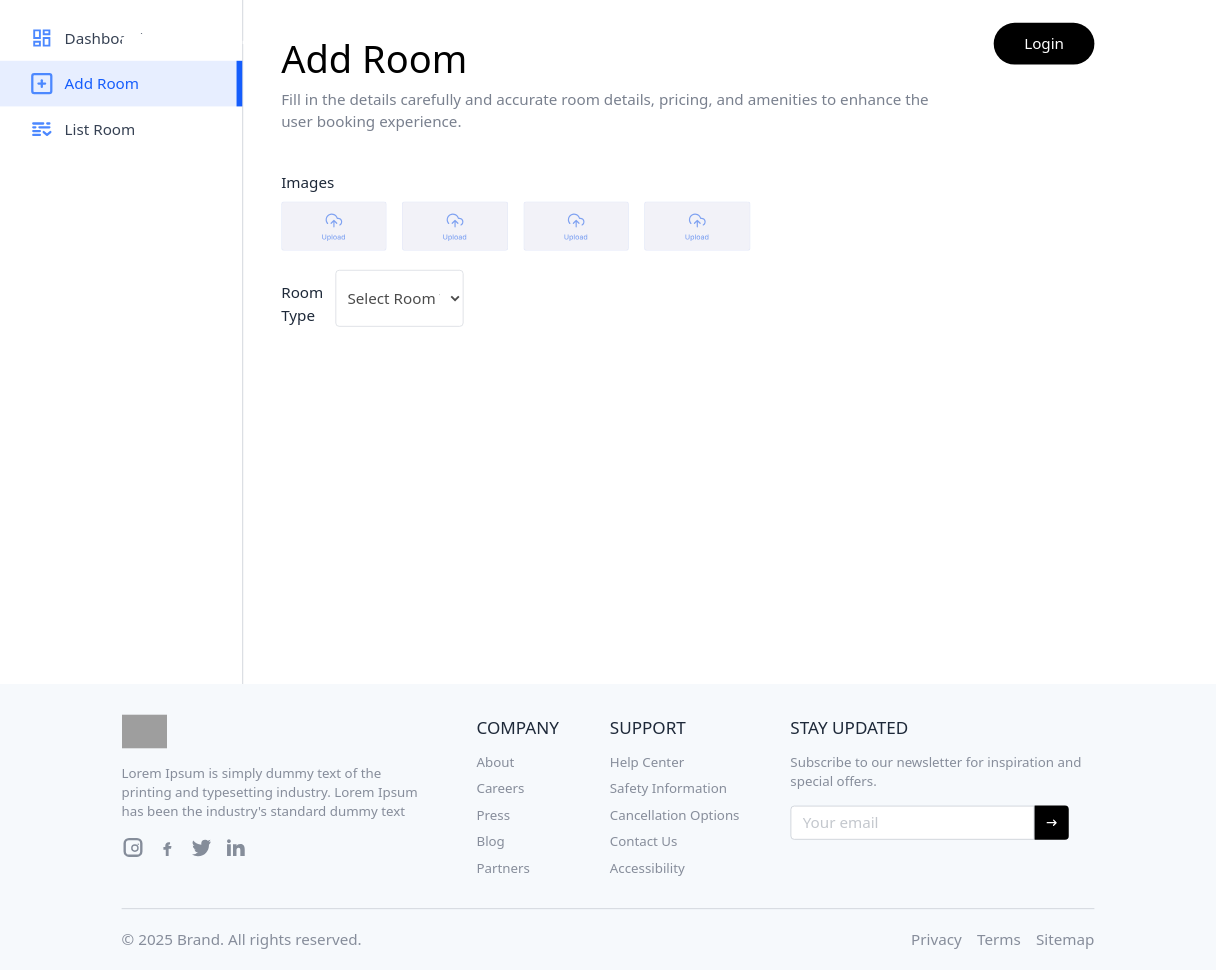
Repository: Ponn-Star/My-App
Page: /owner/add-room (app in FrontEnd/)
These files come from the project's save history. The page is drawn as it stood at one moment and after the next save; the edit follows.
The browser window is 1280 px wide. The pictures show the whole page, at 95% of full size.
Pictures or frames that could not be fetched are drawn as grey boxes. The page's requests for data from a server got no answer. The project was rebuilt for these pictures with package versions that can differ from the ones it lists, and the page was loaded fresh each time. Some packages were replaced by stand-ins written for this rebuild. No one was signed in, and anything a server would have sent is missing. Also part of the build but not shown: FrontEnd/vite.config.js, FrontEnd/src/assets/assets.js, FrontEnd/src/components/Hero.jsx, FrontEnd/src/components/HotelCard.jsx, FrontEnd/src/components/FeaturedDestination.jsx, FrontEnd/src/components/ExclusiveOffers.jsx, FrontEnd/src/data/Test.ts, FrontEnd/src/components/StarRating.jsx and 7 more.

Above is the page before, as saved 2025-05-12 17:19:18.

After the next save:
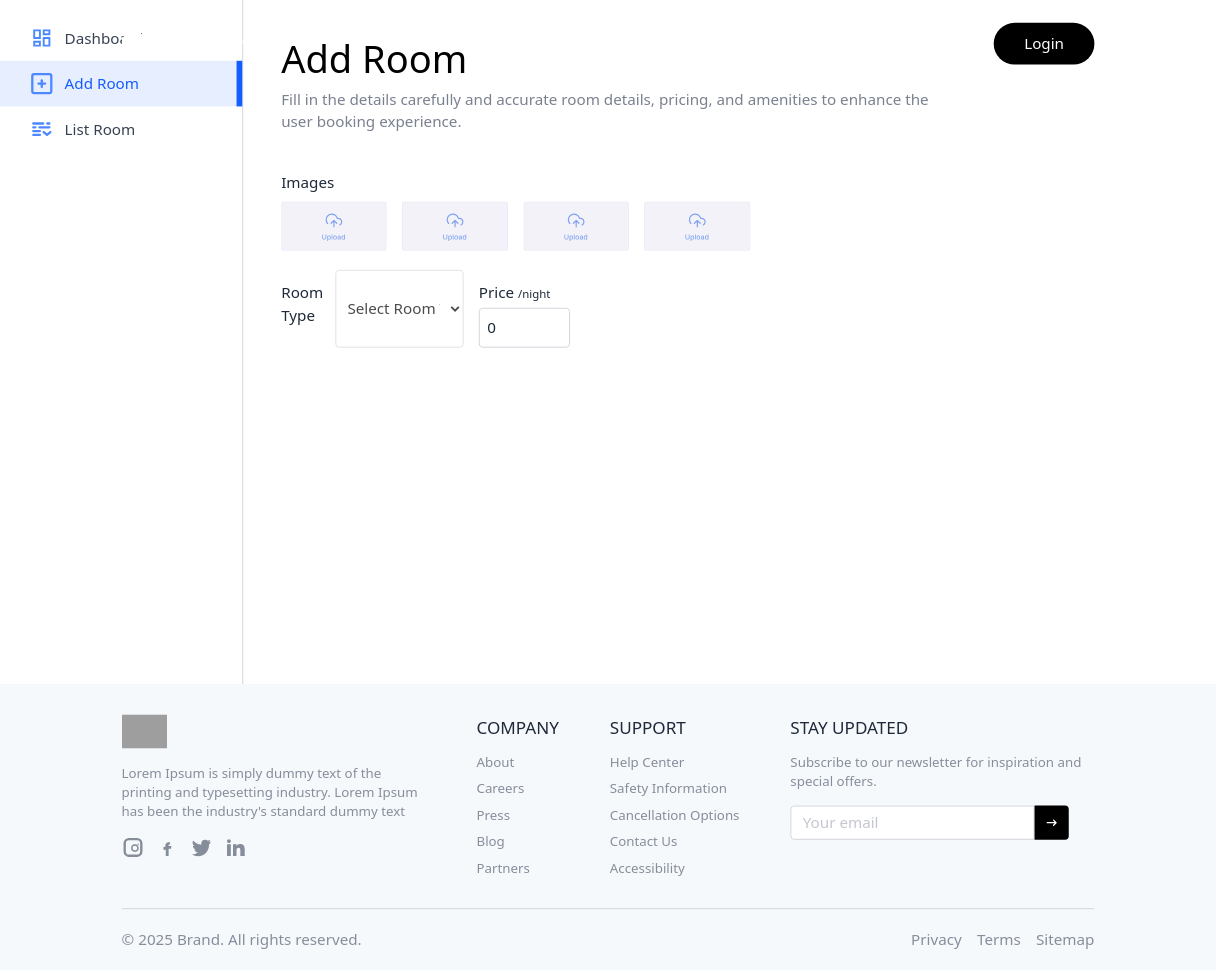
Saved 44 s later.
--- a/FrontEnd/src/pages/Owner/AddRoom.jsx
+++ b/FrontEnd/src/pages/Owner/AddRoom.jsx
@@ -47,6 +47,16 @@ const AddRoom = () => {
             <option value="Family Suite">Family Suite</option>
           </select>
         </div>
+        <div className='mt-4 text-gray-800'>
+          <p>Price <span className='text-xs'>/night</span></p>
+          <input
+            type="number"
+            placeholder="0"
+            className="border border-gray-300 mt-1 rounded p-2 w-24"
+            value={inputs.pricePerNight}
+            onChange={e => setInputs({ ...inputs, pricePerNight: e.target.value })}
+          />
+        </div>
 
       </div>
     </form>
